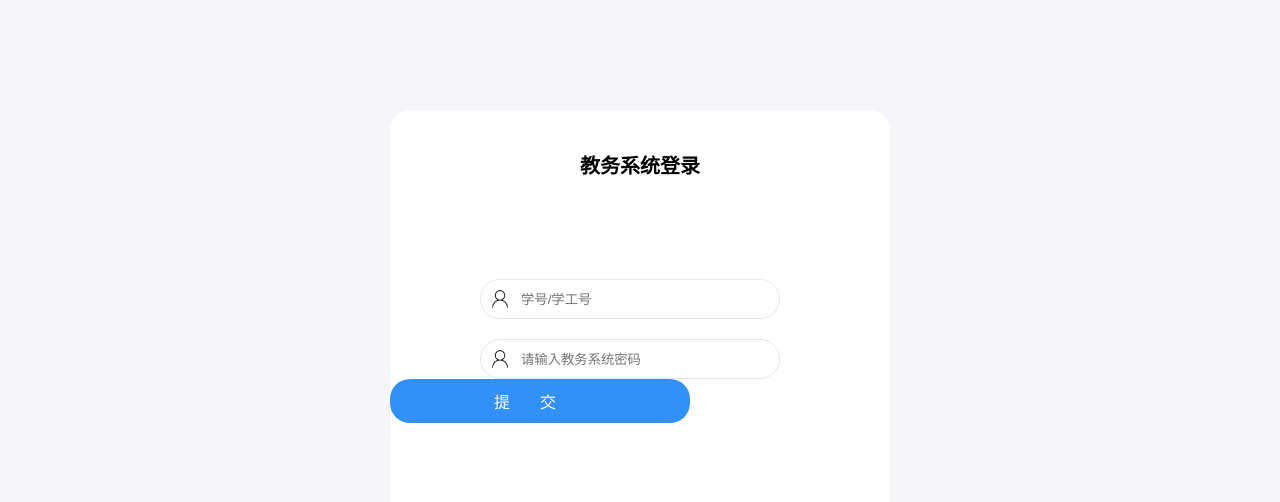
Repository: yangziteng/System
Page: / (app in myreact/)
An editor plug-in stored every save of this project. The page is shown before and after the next save, followed by the edit.
The browser window is 1280 px wide. The pictures show the whole page.
The project was rebuilt for these pictures with package versions that can differ from the ones it lists, and the page was loaded fresh each time. Also part of the build but not shown: myreact/vite.config.js, myreact/src/App.css, myreact/src/App.jsx, myreact/src/log.jsx.

Above is the page before, as saved 2022-07-08 12:58:18.

### myreact/src/main.jsx
import React from 'react'
import ReactDOM from 'react-dom/client'
import App from './App'
import LOG from './log'
import './index.css'
import Login from "./pages/Login/Login"
const p = {name:"杨",age:12}
ReactDOM.createRoot(document.getElementById('root')).render(
  <React.StrictMode>
    {/* //解构赋值 语法 */}

    <Login/>


  </React.StrictMode>
)

### myreact/src/pages/Login/Login.jsx
import { useState } from 'react'
import { Component } from 'react'
import "./Login.css"
import img from "./images/a.png" //引入图片
class Login extends Component {
    constructor() {
        super()
    }
    render() {
        return (
            <div className='bgc'>
                <div className='model'>
                    <div className='model-head'>教务系统登录</div>
                    <div className='model-body'>
                        <div className='username'>
                            <input type="text" placeholder='学号/学工号' value="" className='model-body-input' >
                            </input>
                                <img className='img' src={img} alt="" />
                        </div>
                        <div className='pwd'>
                            <input type="password" placeholder='请输入教务系统密码' value="" className='model-body-input' >
                            </input>
                                <img className='img' src={img} alt="" />
                        </div>
                    </div>
                    <div className='model-end'>
                        提交
                    </div>
                </div>
            </div>
        )
    }
}
export default Login

### myreact/src/pages/Login/Login.css

.bgc{
    background-color: rgba(245,245,250);
    width: 100vw;
    height: 100vh;
    display:flex;
    align-items: center;
}
.model{
    width: 500px;
    height: 500px;
    background-color: white;
    border-radius: 20px;
    margin:0 auto;
}
.model-head{
    text-align: center;
    margin-top:40px;
    font-size: 20px;
    font-weight: 800;
}
.model-body{

    margin-top:100px;

}
.username{
    display: flex;
    justify-content: center;
    align-items: center;
    position: relative;

}
.pwd{
    display: flex;
    justify-content: center;
    align-items: center;
    position: relative;
    margin-top:20px
}
.model-body-input{
    width: 300px;
    height: 40px;
    outline: none;
    border-radius: 20px;
    padding-left:40px ;
    box-sizing: border-box;
}
input{
    display: flex;
    justify-content: center;
    border:1px solid #e7e7e7
}
.img{
    width: 20px;
    height: 20px;
    position: relative;
    right: 290px;
    /* right:290px */
}
.model-end{
    width: 300px;
    background-color: rgba(50,145,248);
    letter-spacing: 30px;
    border-radius: 20px;
    padding: 10px 0px;
    text-align: center;
    color:white
}

Loaded but not shown: myreact/index.html (common file); myreact/src/index.css (common file)

After the next save:
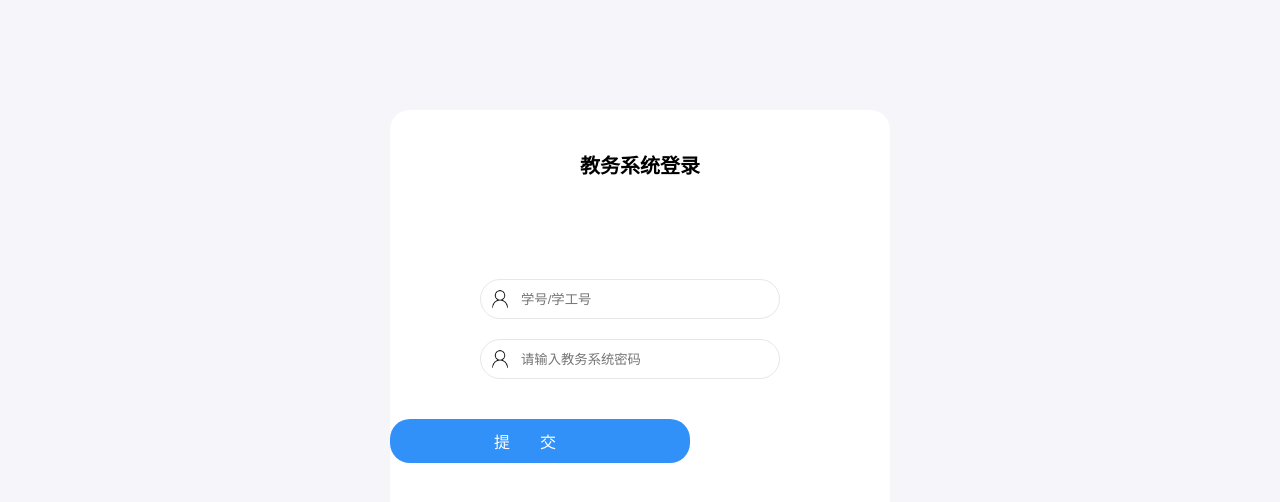
Saved 8 s later.
--- a/myreact/src/pages/Login/Login.css
+++ b/myreact/src/pages/Login/Login.css
@@ -65,5 +65,6 @@ input{
     border-radius: 20px;
     padding: 10px 0px;
     text-align: center;
-    color:white
+    color:white;
+    margin-top:40px
 }
